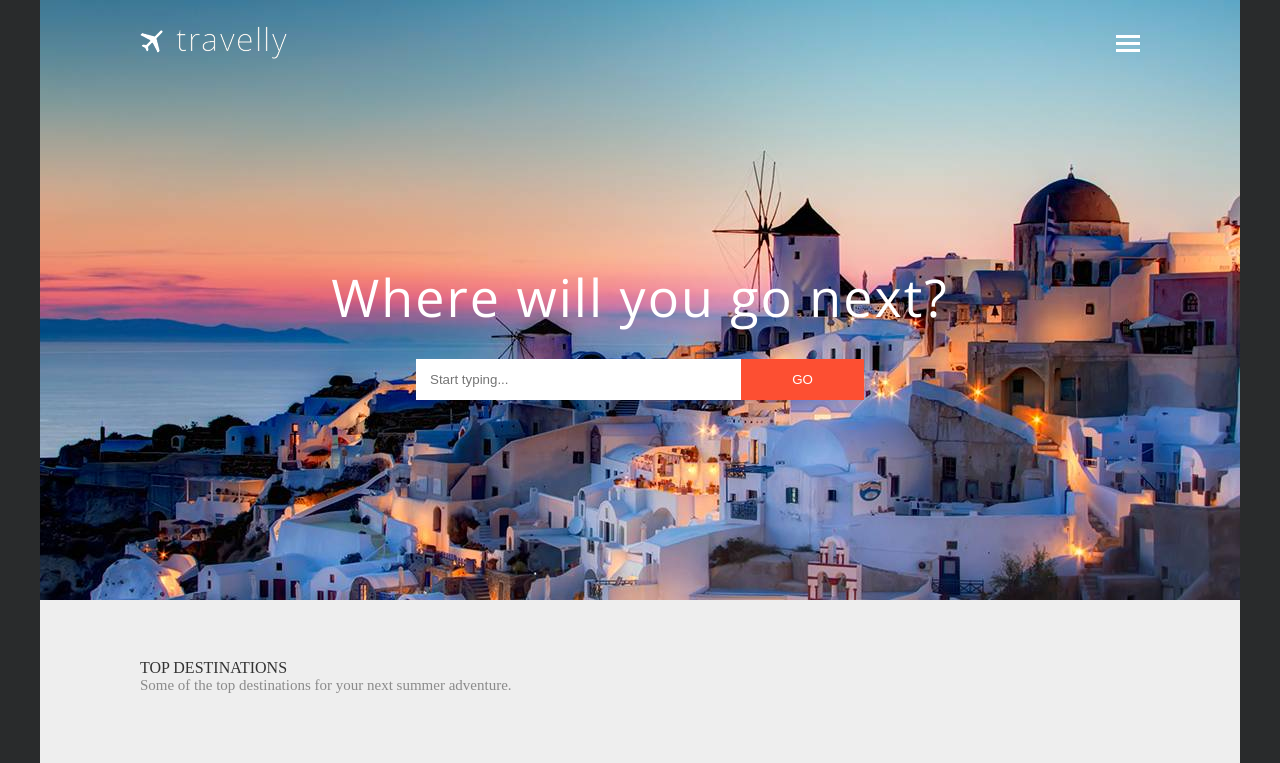
Repository: YusifHasanov/Web-Page-Template
Page: index.html
The author's editor kept a copy of each file at every save. The page is drawn from the files as they stood at one save, then again after a run of saves.
The browser window is 1280 px wide. The pictures show the whole page.

Above is the page before, as saved 2021-12-05 21:11:13.

After the next 3 saves:
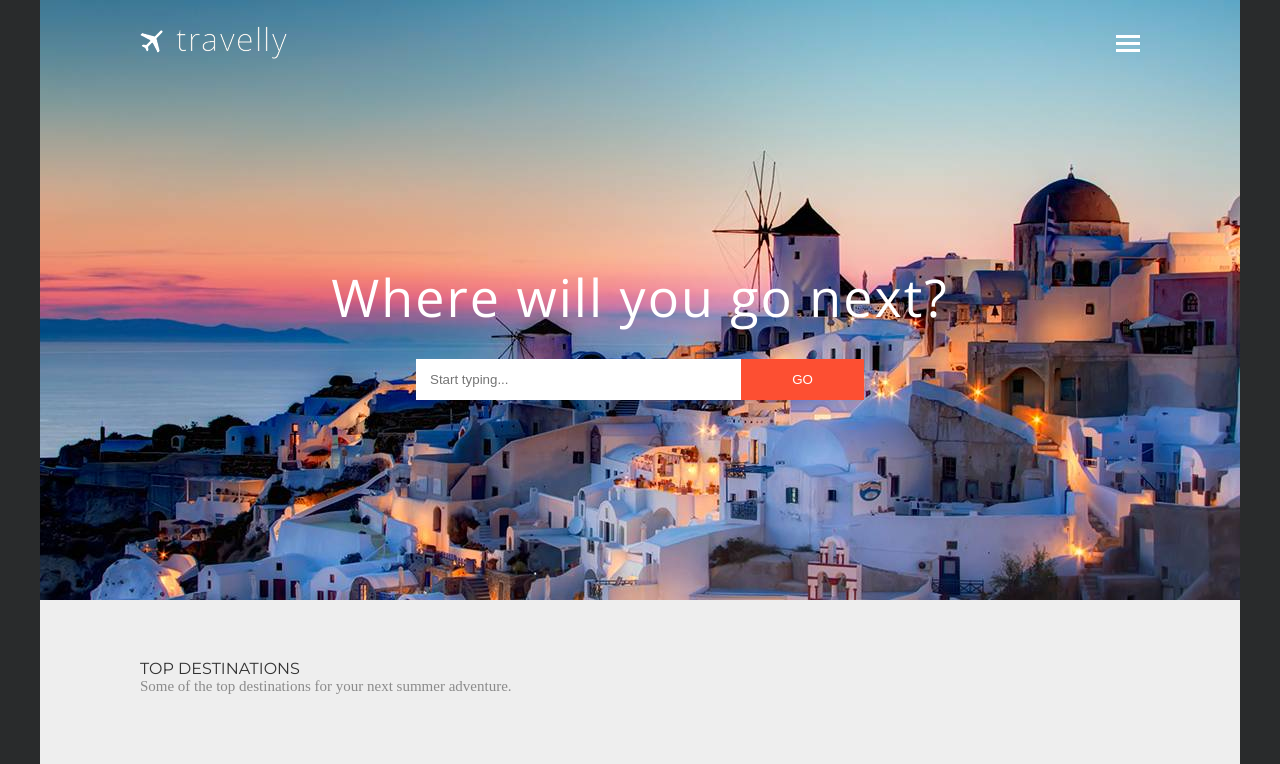
The 3 saves are shown as one change because they came seconds apart.
The last was saved 94 s later.
--- a/css/style.css
+++ b/css/style.css
@@ -91,7 +91,7 @@ button[type='submit'] {
   letter-spacing: 0px;
   color: #323232;
   font-weight: 400;
-  font-family: 'Montserrat, sans-serif';
+font-family: 'Montserrat', sans-serif;
   text-transform: uppercase;
 }
 
